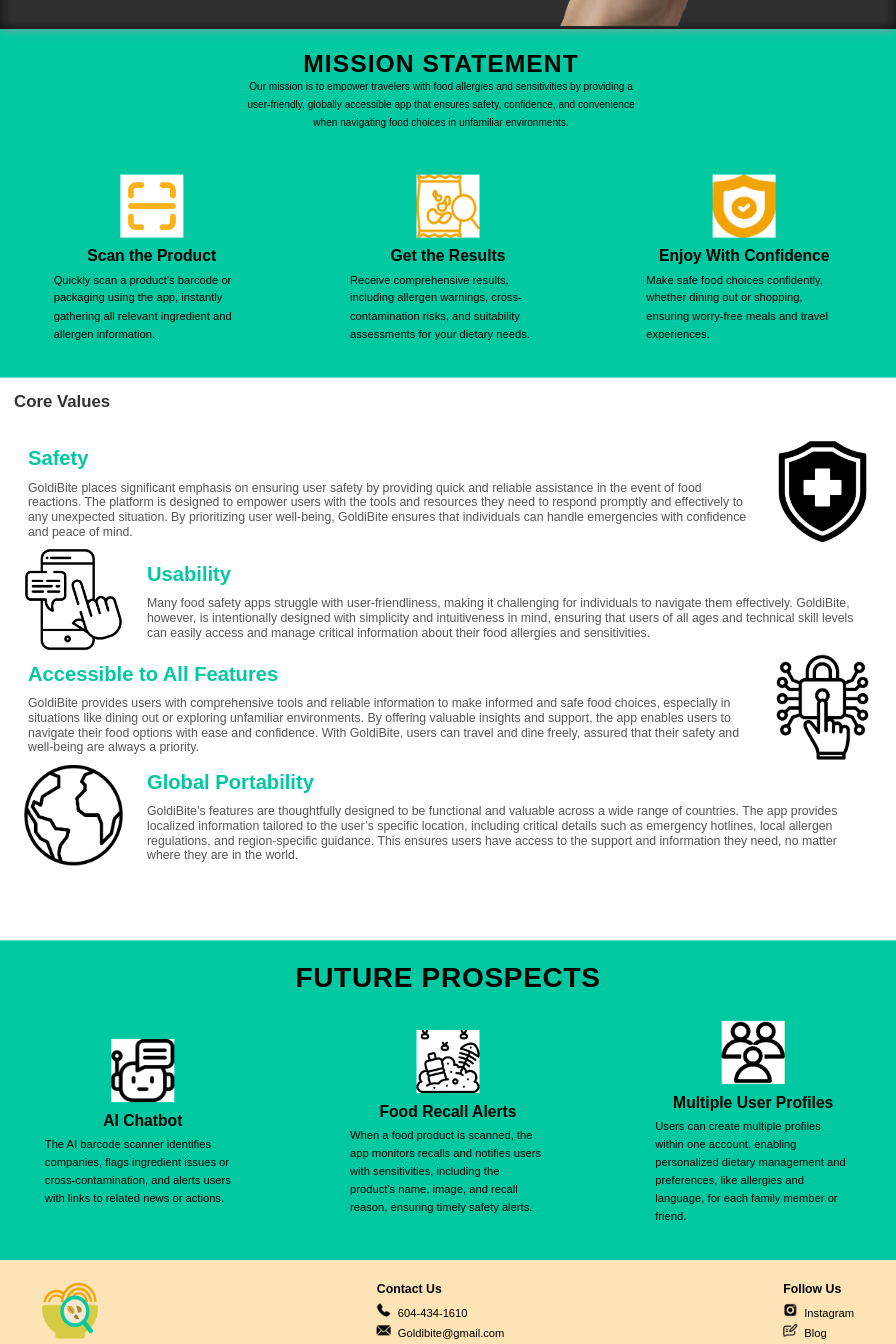
Repository: GavinPahal/landingpage
Page: /
The author's editor kept a copy of each file at every save. The page is drawn from the files as they stood at one save, then again after a run of saves.
The browser window is 1280 px wide. The pictures show the part of the page from y = 678 to 2598 px (the page is 2628 px tall before and 2673 px after), at 70% of full size.
Pictures or frames that could not be fetched are drawn as grey boxes. The project was rebuilt for these pictures with package versions that can differ from the ones it lists, and the page was loaded fresh each time. The framework's server and built-in components were replaced by stand-ins that run in the browser. Also part of the build but not shown: next.config.mjs.

Above is the page before, as saved 2024-11-30 20:56:38.

After the next 2 saves:
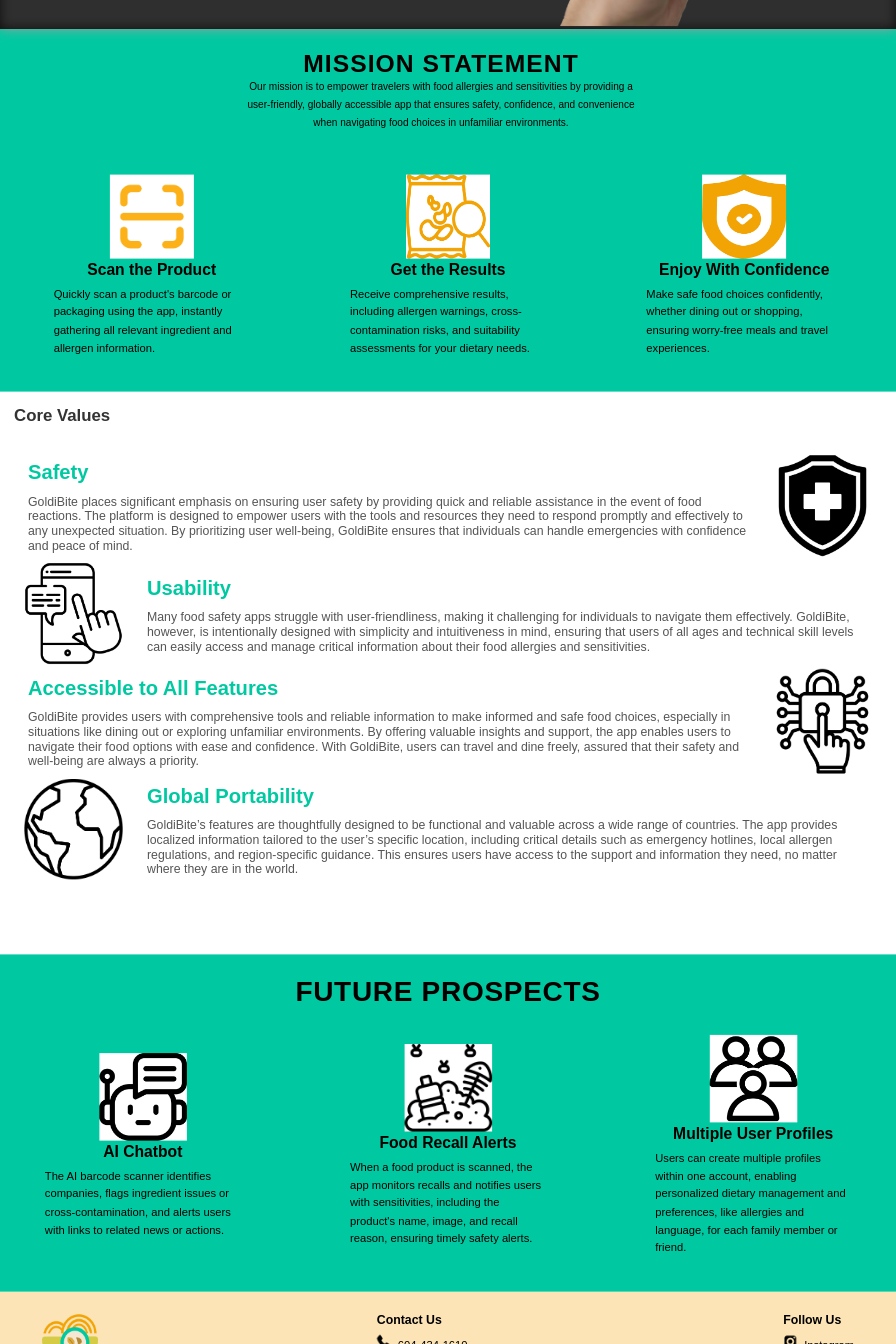
The 2 saves are shown as one change because they came seconds apart.
The last was saved 32 s later.
--- a/styles/globals.css
+++ b/styles/globals.css
@@ -217,16 +217,8 @@
   padding: 20px;
 }
 
-.card img {
-  margin-bottom: 10px;
-  width: 90px;
-  height: 90px;
-  transition: transform 0.3s;
-}
-
-.card img:hover {
-  transform: scale(1.1);
-}
+
+
 
 .card h3 {
   font-size: 1.4rem;
